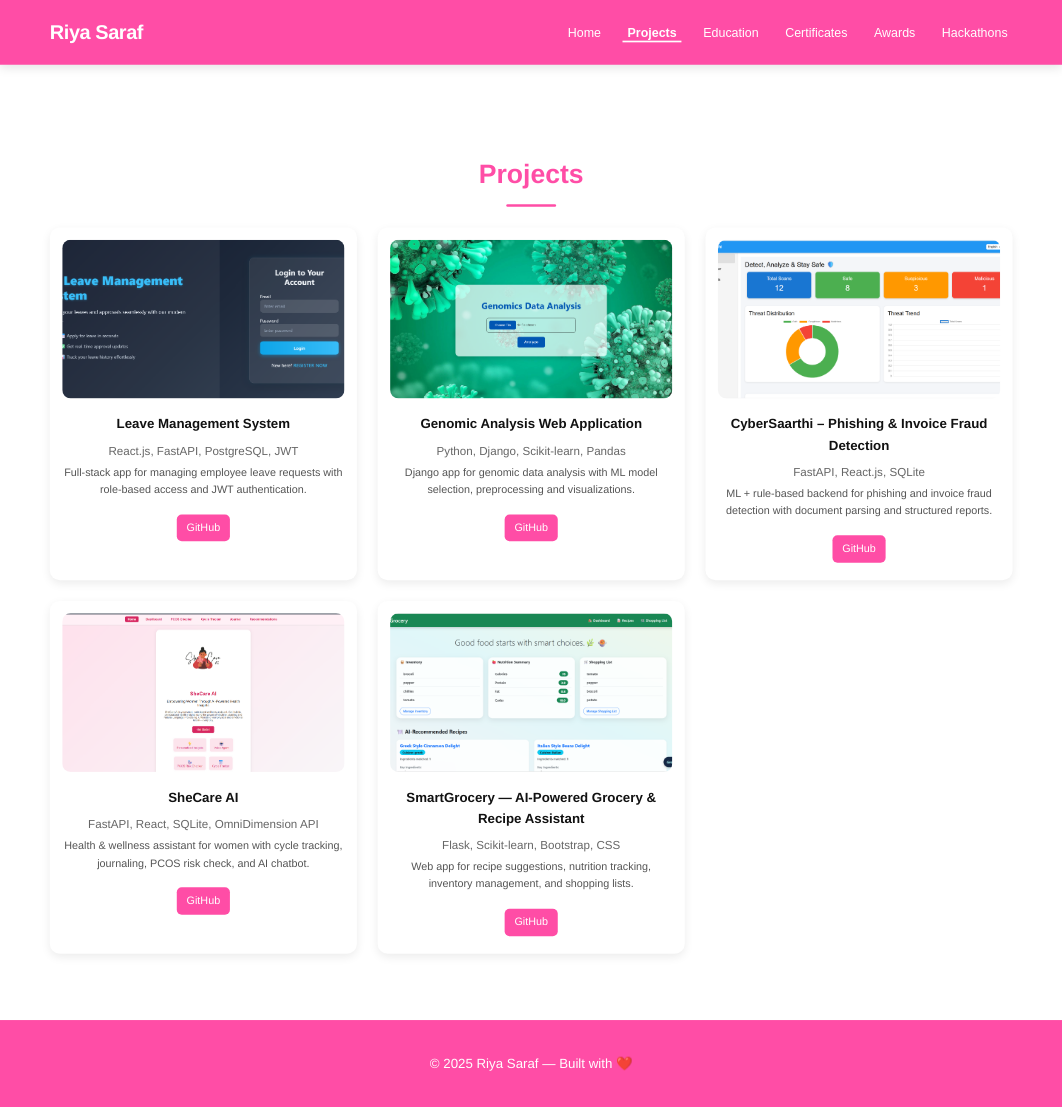
Repository: riyaaaa19/riya-portfolio
Page: /, after clicking the first element matching `nav > :nth-child(2)`
An editor plug-in stored every save of this project. The page is shown before and after the next save, followed by the edit.
The browser window is 1280 px wide. The pictures show the whole page, at 83% of full size.
The project was rebuilt for these pictures with package versions that can differ from the ones it lists, and the page was loaded fresh each time.

Above is the page before, as saved 2025-09-14 14:23:18.

After the next save:
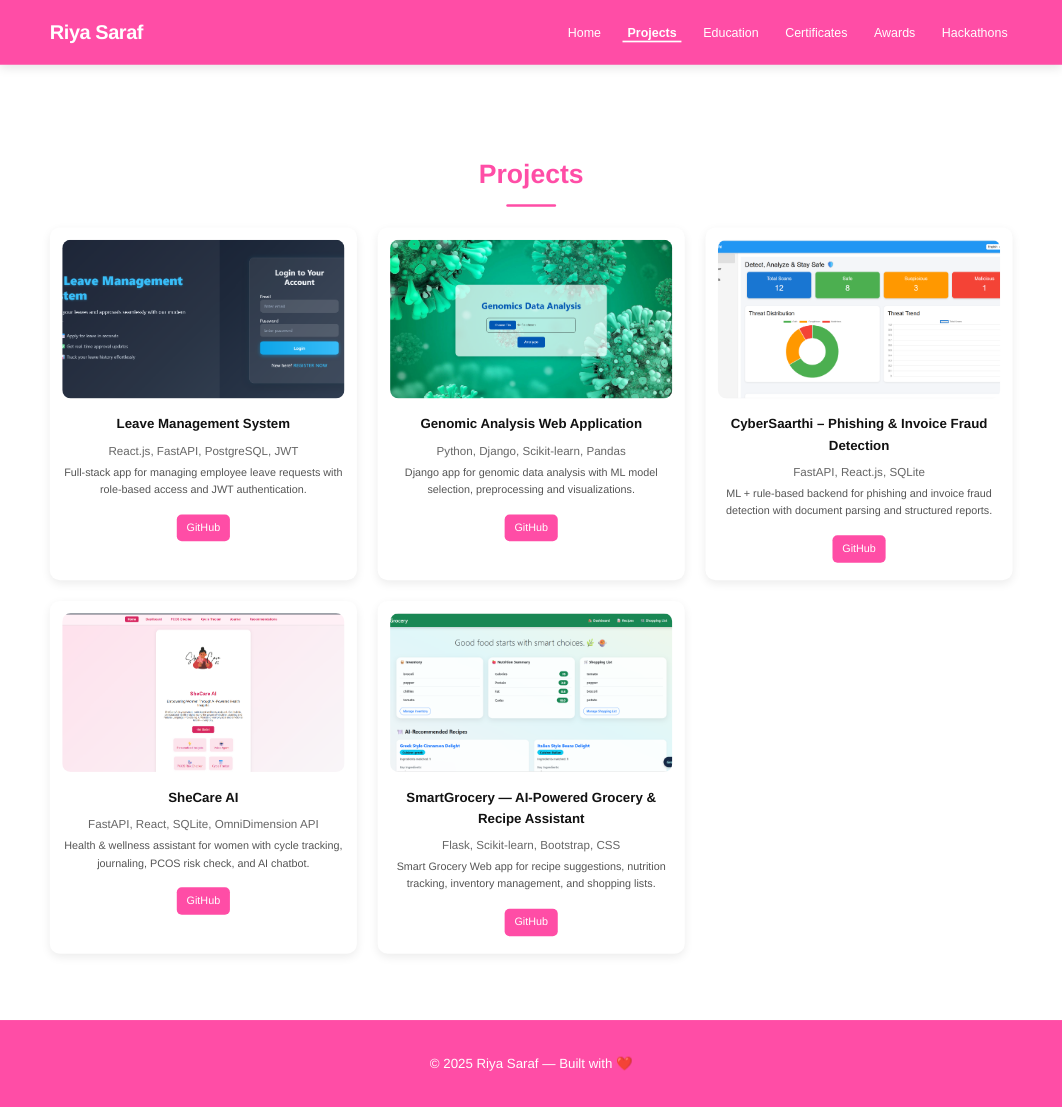
Saved 32 s later.
--- a/src/App.js
+++ b/src/App.js
@@ -38,7 +38,7 @@
     {
     title: "SmartGrocery — AI-Powered Grocery & Recipe Assistant",
     tech: "Flask, Scikit-learn, Bootstrap, CSS",
-    desc: "Web app for recipe suggestions, nutrition tracking, inventory management, and shopping lists.",
+    desc: " Smart Grocery Web app for recipe suggestions, nutrition tracking, inventory management, and shopping lists.",
     github: "https://github.com/arnavv19/Smart-Grocery-AI",
     img: "/images/grocery.png",
     }
